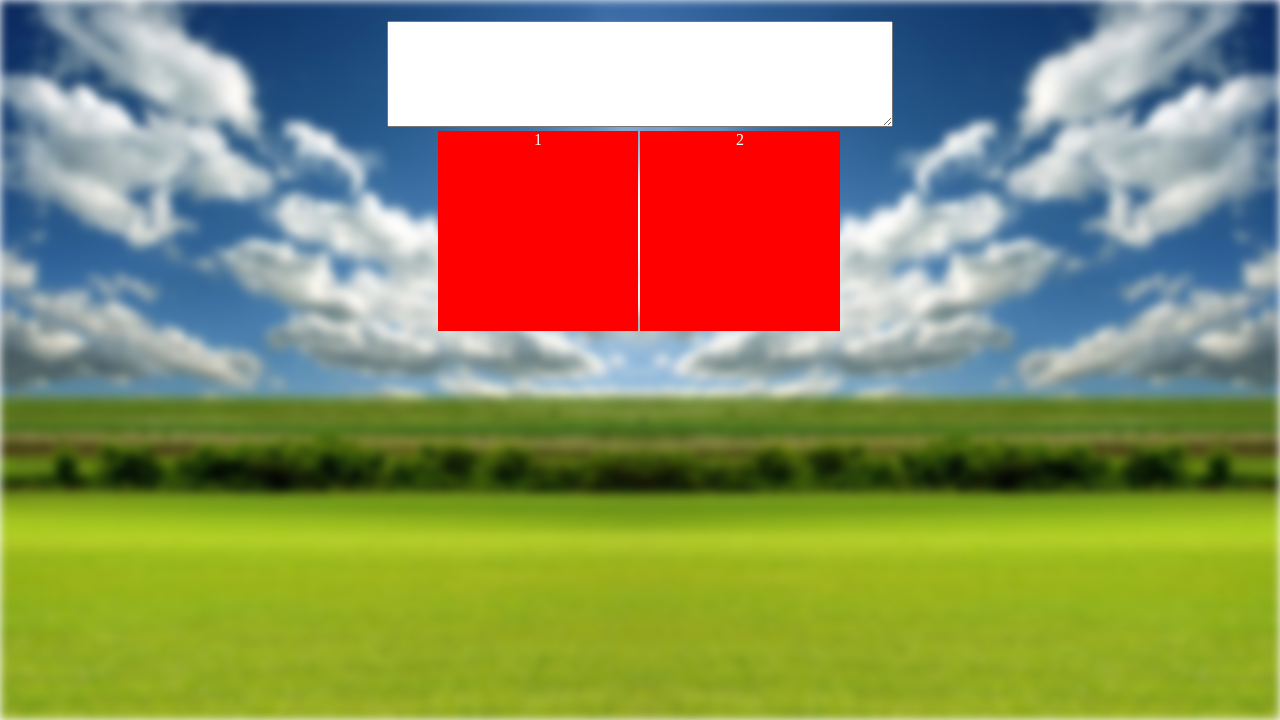
Repository: RyoTTa/4-1-Web-Programming
Page: SoloProject/Project/WebContent/index.html
These files come from the project's save history. The page is drawn as it stood at one moment and after the next save; the edit follows.
The browser window is 1280 px wide. The pictures show the whole page.
The page's requests for data from a server got no answer.

Above is the page before, as saved 2020-05-05 14:52:53.

After the next save:
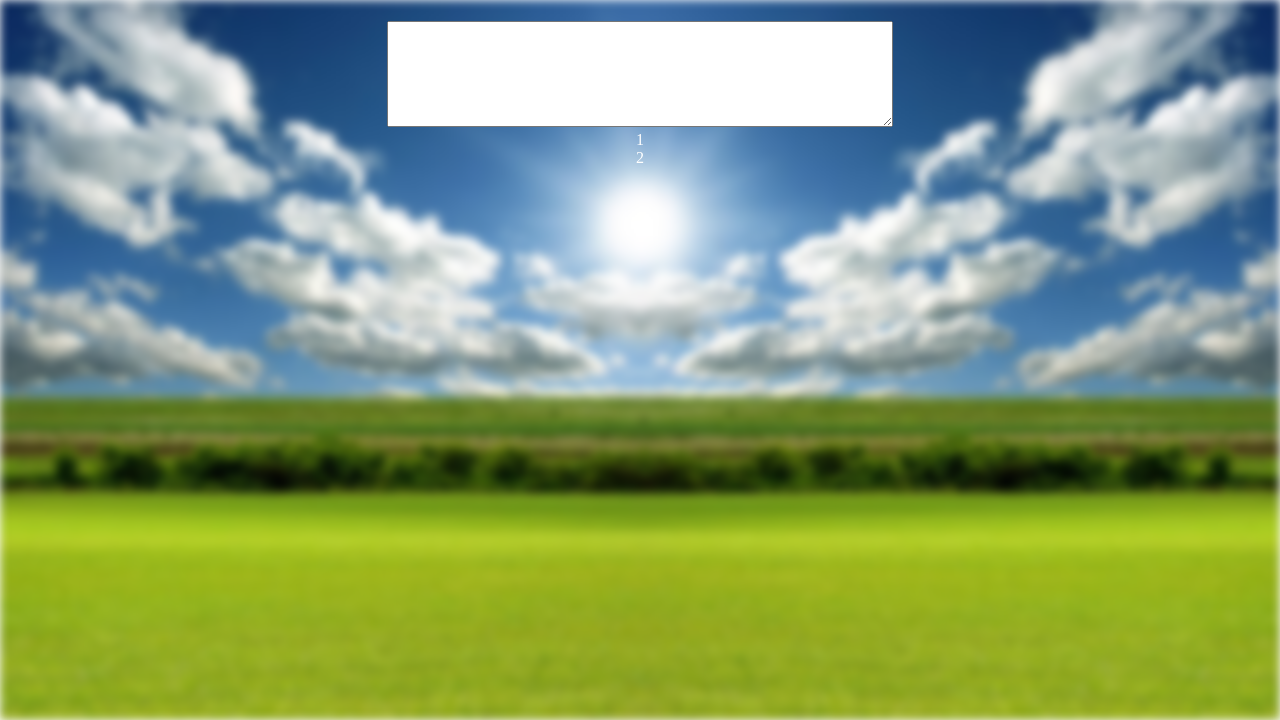
Saved 12 s later.
--- a/SoloProject/Project/WebContent/index.html
+++ b/SoloProject/Project/WebContent/index.html
@@ -18,10 +18,10 @@
 	<div class="forecast_layer_outter">
 		<div class="forecast_layer_inner">
 			<div class="forecast_contents">
-				<div class="box_1">
+				<div class="box">
 				1
 				</div>
-				<div class="box_2">
+				<div class="box">
 				2
 				</div>
 			</div>
